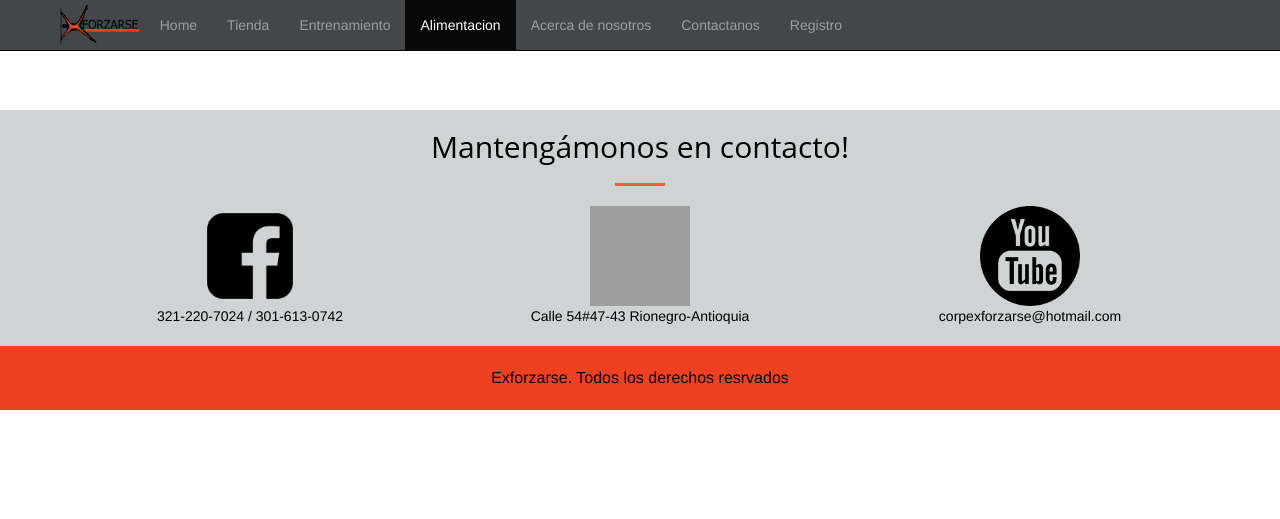
Repository: mahc36/exforzarse
Page: Exforzarse/WebContent/paginas/dietas.html
The author's editor kept a copy of each file at every save. The page is drawn from the files as they stood at one save, then again after the next save.
The browser window is 1280 px wide. The pictures show the whole page.
Pictures or frames that could not be fetched are drawn as grey boxes. Some web libraries are served in a nearby version.

Above is the page before, as saved 2017-08-19 16:14:46.

### Exforzarse/WebContent/paginas/dietas.html
<!DOCTYPE html>
<html lang="en">

<head>
    <meta charset="utf-8">
    <meta http-equiv="X-UA-Compatible" content="IE=edge">
    <meta name="viewport" content="width=device-width, initial-scale=1">
    <!-- The above 3 meta tags *must* come first in the head; any other head content must come *after* these tags -->
    <title>Exforzarse</title>

    <!-- Bootstrap -->
    <link href="../css/bootstrap.min.css" rel="stylesheet">
    <link href="../css/estilos.css" rel="stylesheet">
    <link rel="stylesheet" href="../css/creative.min.css">
    <link rel="icon" type="image/png" sizes="16x16" href="../img/favicon.ico">

    <!-- Carousel -->
    <meta name="viewport" content="initial-scale=1.0">
    <meta charset="utf-8">
    <script src="https://ajax.googleapis.com/ajax/libs/jquery/2.1.3/jquery.min.js"></script>
    <!-- Latest compiled and minified CSS -->



</head>

<body>
    <nav class="navbar navbar-inverse navbar-fixed-top">
        <div class="container">
            <div class="navbar-header">
                <div class="navbar-brand">
                    <img src="../img/logoclubexforzarse.png" alt="logo club">
                </div>
                <button type="button" class="navbar-toggle collapsed" data-toggle="collapse" data-target="#navbar" aria-expanded="false" aria-controls="navbar">
                    <span class="sr-only">Toggle navigation</span>
                    <span class="icon-bar"></span>
                    <span class="icon-bar"></span>
                    <span class="icon-bar"></span>
                </button>
            </div>
            <div id="navbar" class="collapse navbar-collapse">
                <ul class="nav navbar-nav">
                    <li><a href="../index.html">Home</a></li>
                    <li><a href="tienda.html">Tienda</a></li>
                    <li><a href="entrenamiento.html">Entrenamiento</a></li>
                    <li class="active"><a href="#">Alimentacion</a></li>
                    <li><a href="acercaDeNosotros.html">Acerca de nosotros</a></li>
                    <li><a href="contacto.html">Contactanos</a></li>
                    <li><a href="registro.html">Registro</a></li>
                </ul>
            </div>
            <!--/.nav-collapse -->
        </div>
    </nav>

    <br><br>
    <footer style="background-color: #D0D3D4;">
    <br>
        <div class="container">
            <div class="row">
            <div class="col-lg-8 col-lg-offset-2 text-center">
                <h2 class="section-heading"><font color="black">Mantengámonos en contacto!</font></h2>
                <hr class="primary">
            </div>
            <div class="col-lg-4 text-center">
                <a href="https://www.facebook.com/EXFORZARSE/" target="_blank"><img src="../img/darkFacebook.png" width="100" height="100"></a>
            </div>
            <div class="col-lg-4 text-center">
                <a href="https://www.instagram.com/exforzarse/" target="_blank"><img src="../img/darkInstagram3.png" width="100" height="100"></a>
            </div>
            <div class="col-lg-4 text-center">
                <a href="https://www.youtube.com/watch?v=VkQL8aGcTsE" target="_blank"><img src="../img/darkyoutube4.png" width="100" height="100"></a>
            </div>
            <div class="col-lg-4 text-center">
                <i class="fa fa-phone fa-3x sr-contact"></i>
                <span><font color="black">321-220-7024 / 301-613-0742</font></span>
            </div>
            <div class="col-lg-4 text-center">
                <i class="fa fa-road fa-3x sr-contact"></i>
                <span><font color="black">Calle 54#47-43 Rionegro-Antioquia</font></span>
            </div>
            <div class="col-lg-4 text-center">
                <i class="fa fa-envelope-o fa-3x sr-contact"></i>
                <span><font color="black">corpexforzarse@hotmail.com</font></span>
            </div>
        </div>
        <br>
        </div>
        <div style="background-color: #ef4021;">
	        <div class="container">
	        	<br>
	            <p class="text-muted" ALIGN=center><font color="black">Exforzarse. Todos los derechos resrvados</font></p>
	        </div>
    	</div>
    </footer>

    <!-- jQuery (necessary for Bootstrap's JavaScript plugins) -->
    <script src="https://ajax.googleapis.com/ajax/libs/jquery/1.12.4/jquery.min.js"></script>
    <!-- Include all compiled plugins (below), or include individual files as needed -->
    <script src="https://maxcdn.bootstrapcdn.com/bootstrap/3.3.7/js/bootstrap.min.js" integrity="sha384-Tc5IQib027qvyjSMfHjOMaLkfuWVxZxUPnCJA7l2mCWNIpG9mGCD8wGNIcPD7Txa" crossorigin="anonymous"></script>
</body>

</html>

### Exforzarse/WebContent/css/estilos.css
body {
    padding-top: 70px;
    position: relative;
    overflow-x: hidden;
}

.navbar-brand {
    padding: 0px;
}

.navbar-brand>img {
    height: 100%;
    padding: 5px;
    width: auto;
}

.navbar-inverse {
    background-color: #444749;
    border-color: #080808;
}

.containerpie {
    background-color: #EF4021;
}

.carousel {
    height: 500px;
    max-height: 500px;
    overflow: hidden;
}

.item img {
    width: 100%;
    height: auto;
}

.video {
    position: relative;
    height: 0;
    padding-bottom: 56.25%;
    margin-bottom: 80px;
}

video {
    position: absolute;
    min-width: 100%;
    min-height: 100%;
    top: 50%;
    left: 50%;
    transform: translateX(-50%) translateY(-50%);
    z-index: -1;
}

iframe {
    position: absolute;
    width: 100%;
    height: 100%;
    left: 0;
}

.rutinasmenu {
    margin: 0 0 0 2%;
    float: left;
    width: 20%;
}

.rutinasmenu>p {
    font-weight: bold;
    font-size: 25px;
}

.list-group-item:hover {
    font-size: 120%;
    background-image: -webkit-linear-gradient(top, #DF7401 0%, #FE9A2E 100%);
}

.navbar-inverse .navbar-nav>.active>a:hover {
    background-color: chocolate;
    color: black;
}

.navbar-inverse .navbar-nav>li>a:hover {
    background-color: chocolate;
    color: black;
}

.nav-tabs>li>a {
    font-weight: bold;
}

.nav-tabs>li>a:hover {
    background-color: chocolate;
    color: black;
    font-size: 120%;
}

a {
    color: black;
}

.footer {
    position: absolute;
    bottom: 0;
    width: 100%;
    height: 60px;
    background-color: #f5f5f5;
}

section#contact {
    background-color: white;
    background-image: url(../img/DSC_0414.JPG);
    background-size: cover;
    background-position: center;
    background-repeat: no-repeat;
}

section {
    padding: 73px 0px;
}

section#contact .section-heading {
    color: black;
}

section#contact .form-group {
    margin-bottom: 25px;
}

section#contact .form-group input,
section#contact .form-group textarea {
    padding: 20px;
}

section#contact .form-group input.form-control {
    height: auto;
}

section#contact .form-group textarea.form-control {
    height: 236px;
}

section#contact .form-control:focus {
    border-color: #fed136;
    box-shadow: none;
}

section#contact ::-webkit-input-placeholder {
    font-family: "Montserrat", "Helvetica Neue", Helvetica, Arial, sans-serif;
    text-transform: uppercase;
    font-weight: 700;
    color: darkgray;
}

.gellary_bg_none img {
    width: 100%;
    height: 250px;
}

section#contact :-moz-placeholder {
    /* Firefox 18- */
    font-family: "Montserrat", "Helvetica Neue", Helvetica, Arial, sans-serif;
    text-transform: uppercase;
    font-weight: 700;
    color: darkgray;
}

section#contact ::-moz-placeholder {
    /* Firefox 19+ */
    font-family: "Montserrat", "Helvetica Neue", Helvetica, Arial, sans-serif;
    text-transform: uppercase;
    font-weight: 700;
    color: #eeeeee;
}

section#contact :-ms-input-placeholder {
    font-family: "Montserrat", "Helvetica Neue", Helvetica, Arial, sans-serif;
    text-transform: uppercase;
    font-weight: 700;
    color: darkgray;
}

section#contact .text-danger {
    color: #e74c3c;
}

.about_our_company {
    text-align: center;
    margin-bottom: 20px;
    font-weight: bold;
}

.about_our_company h1 {
    text-align: center;
    margin-bottom: 50px;
    font-weight: bold;
    font-size: 50px;
    color: chocolate;
    text-shadow: 1px 1px 3px #323232;
}

.titleline-icon {
    position: relative;
    max-width: 100px;
    border-top: 4px double #F99700;
    margin: 20px auto 20px;
}

.titleline-icon:after {
    position: absolute;
    top: -11px;
    left: 0;
    right: 0;
    margin: auto;
    font-family: 'FontAwesome';
    content: "\f141";
    font-size: 20px;
    line-height: 1;
    color: #F99700;
    text-align: center;
    vertical-align: middle;
    width: 40px;
    height: 20px;
    background: #ffffff;
}

.btn {}

.get {
    background-color: chocolate;
}

Loaded but not shown: Exforzarse/WebContent/css/bootstrap.min.css (library); Exforzarse/WebContent/css/creative.min.css (library)

After the next save:
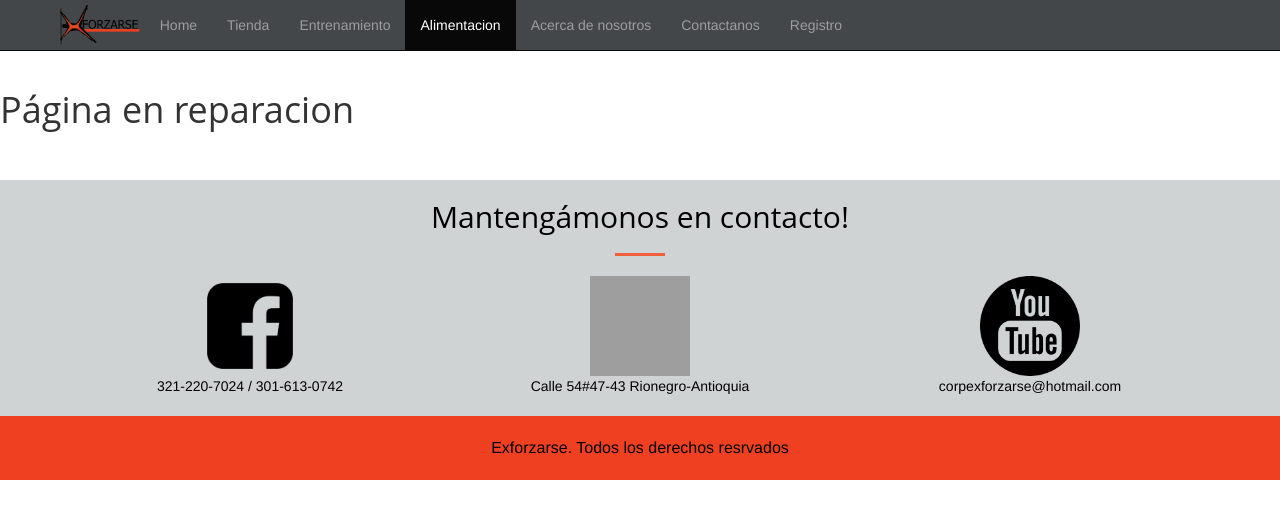
Saved 23 s later.
--- a/Exforzarse/WebContent/paginas/dietas.html
+++ b/Exforzarse/WebContent/paginas/dietas.html
@@ -53,6 +53,8 @@
         </div>
     </nav>
 
+    <H1>Página en reparacion</H1>
+
     <br><br>
     <footer style="background-color: #D0D3D4;">
     <br>
